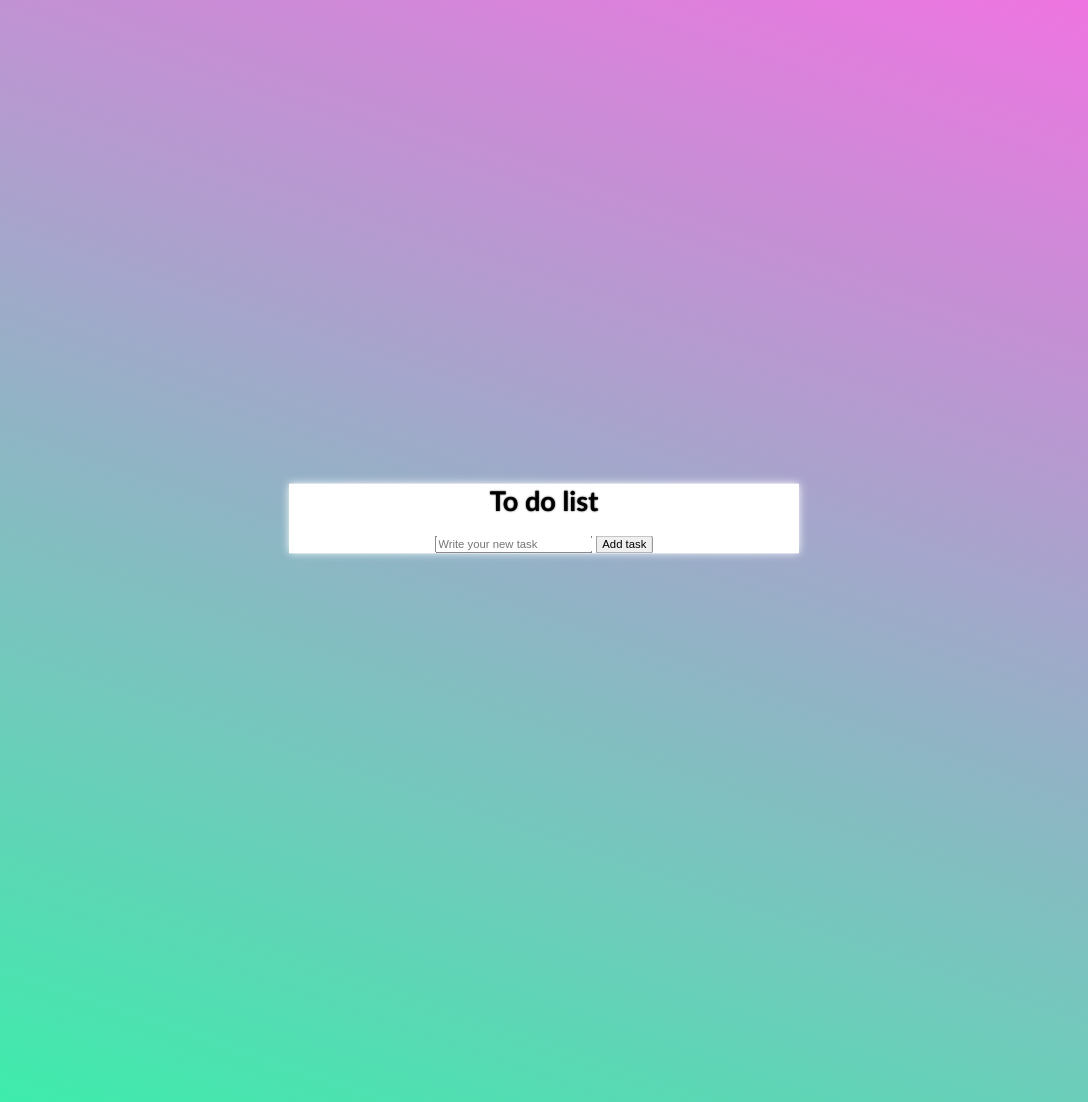
Repository: qtqqrdy13/to-do-list
Page: index.html
An editor plug-in stored every save of this project. The page is shown before and after the next save, followed by the edit.
The browser window is 1280 px wide. The pictures show the whole page, at 85% of full size.

Above is the page before, as saved 2023-10-30 15:28:20.

After the next save:
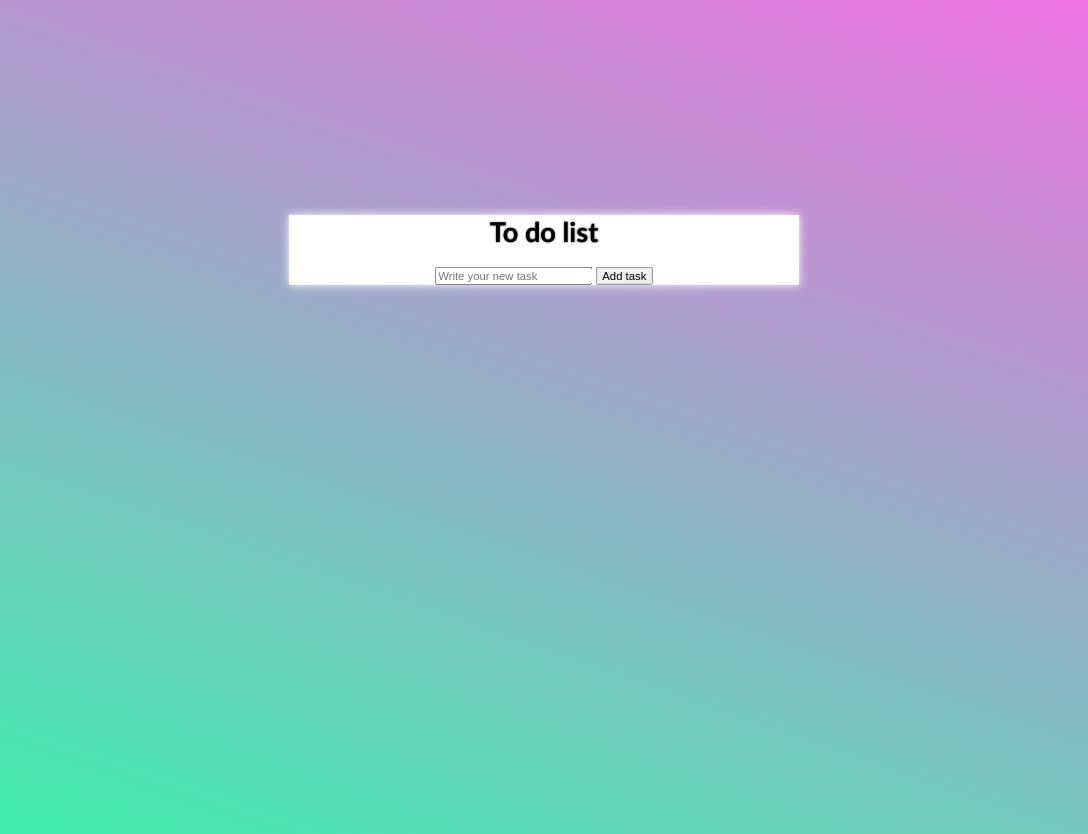
Saved 10 s later.
--- a/style.css
+++ b/style.css
@@ -10,7 +10,7 @@ body{
 }
 #app{
     max-width: 600px;
-    margin: 45% auto;
+    margin: 20% auto;
     background-color:white;
     box-shadow: 0 0 10px white;
 
